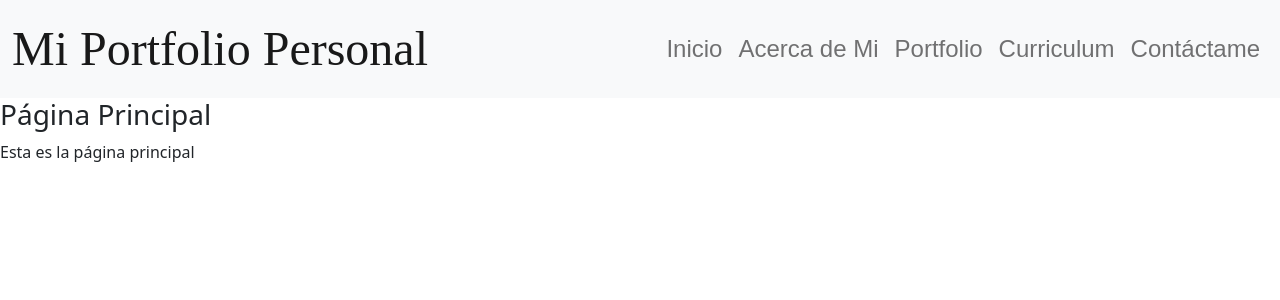
Repository: AlejandroJesusSerrano/portfolio
Page: http://localhost/
The author's editor kept a copy of each file at every save. The page is drawn from the files as they stood at one save, then again after the next save.
The browser window is 1280 px wide. The pictures show the whole page.
Some web fonts or font styles are not loaded; a fallback is used. The page is served by the project's application, run on Django 4.2 (manage.py). Other server files are loaded and not shown.

Above is the page before, as saved 2023-09-05 15:12:51.

### portfolio/core/templates/core/home.html
{% extends 'core/base.html' %}

{% block title %} Inicio {% endblock title %}

{% block content %}
<h3>Página Principal</h3>

<p>Esta es la página principal</p>
{% endblock content %}

### portfolio/core/templates/core/base.html
{% load static %}

<!DOCTYPE html>
<html lang="en">

<head>
  <meta charset="UTF-8">
  <meta name="viewport" content="width=device-width, initial-scale=1.0">
  <link rel="stylesheet" href={% static 'lib/bootstrap-5.2/css/bootstrap.min.css' %}>
  <link rel="stylesheet" href={% static 'css/styles.css' %}>
  <title>Portafolio Personal - {% block title %} {% endblock title %}</title>
</head>

<body>
  <!-- HEADER -->
  <nav class="navbar navbar-expand-lg bg-light">
    <div class="container-fluid">
      <a class="navbar-brand brand" href={% url 'home' %}>Mi Portfolio Personal</a>
      <button class="navbar-toggler" type="button" data-bs-toggle="collapse" data-bs-target="#navbarNav"
        aria-controls="navbarNav" aria-expanded="false" aria-label="Toggle navigation">
        <span class="navbar-toggler-icon"></span>
      </button>
      <div class="collapse navbar-collapse" id="navbarNav">
        <ul class="navbar-nav nav_menu ms-auto">
          <li class="nav-item">
            <a class="nav-link" aria-current="page" href={% url 'home' %}>Inicio</a>
          </li>
          <li class="nav-item">
            <a class="nav-link" href={% url 'about' %}>Acerca de Mi</a>
          </li>
          <li class="nav-item">
            <a class="nav-link" href={% url 'portfolio' %}>Portfolio</a>
          </li>
          <li class="nav-item">
            <a class="nav-link" href={% url 'curriculum' %}>Curriculum</a>
          </li>
          <li class="nav-item">
            <a class="nav-link" href={% url 'contact' %}>Contáctame</a>
          </li>
        </ul>
      </div>
    </div>
  </nav>

  <!-- CONTENT - Template Tags -->

  {% block content %} {%endblock content%}

  <script src={% static 'lib/bootstrap-5.2/js/bootstrap.min.js' %}></script>
</body>

</html>

### portfolio/core/views.py
from django.shortcuts import render

# Create your views here.
def home(request):
  return render(request, 'core/home.html')

def about(request):
  return render(request, 'core/about.html')

def portfolio(request):
  return render(request, 'core/portfolio.html')

def curriculum(request):
  return render(request, 'core/curriculum.html')

def contact(request):
  return render(request, 'core/contact.html')

### portfolio/portfolio/urls.py
"""
URL configuration for portfolio project.

The `urlpatterns` list routes URLs to views. For more information please see:
    https://docs.djangoproject.com/en/4.2/topics/http/urls/
Examples:
Function views
    1. Add an import:  from my_app import views
    2. Add a URL to urlpatterns:  path('', views.home, name='home')
Class-based views
    1. Add an import:  from other_app.views import Home
    2. Add a URL to urlpatterns:  path('', Home.as_view(), name='home')
Including another URLconf
    1. Import the include() function: from django.urls import include, path
    2. Add a URL to urlpatterns:  path('blog/', include('blog.urls'))
"""
from django.contrib import admin
from django.urls import path
from core import views

urlpatterns = [
    path('', views.home, name='home'),
    path('about-me/', views.about, name='about'),
    path('contact/', views.contact, name='contact'),
    path('portfolio/', views.portfolio, name='portfolio'),
    path('curriculum/', views.curriculum, name='curriculum'),
    path('admin/', admin.site.urls),
]

### portfolio/static/css/styles.css
@import url("https://fonts.googleapis.com/css2?family=Arima:wght@500;700&family=Average+Sans&family=Mulish:ital,wght@0,400;0,500;0,700;1,400;1,500;1,700&display=swap");

* {
  margin: 0;
  padding: 0;
  box-sizing: border-box;
}

.brand {
  font-family: "Arima", cursive;
  font-size: 3rem;
}

.nav_menu {
  font-family: "Average Sans", sans-serif;
  font-size: 1.5rem;
}

Loaded but not shown: portfolio/static/lib/bootstrap-5.2/css/bootstrap.min.css (library); portfolio/static/lib/bootstrap-5.2/js/bootstrap.min.js (library)

After the next save:
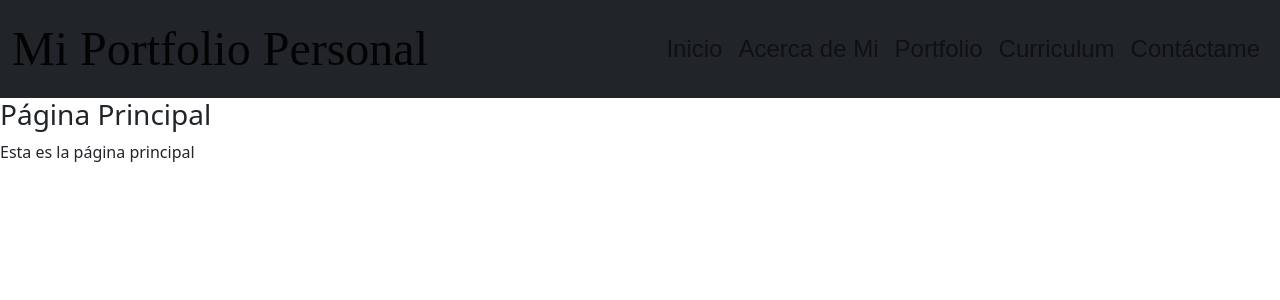
Saved 89 s later.
--- a/portfolio/core/templates/core/base.html
+++ b/portfolio/core/templates/core/base.html
@@ -13,7 +13,7 @@
 
 <body>
   <!-- HEADER -->
-  <nav class="navbar navbar-expand-lg bg-light">
+  <nav class="navbar navbar-expand-lg bg-dark">
     <div class="container-fluid">
       <a class="navbar-brand brand" href={% url 'home' %}>Mi Portfolio Personal</a>
       <button class="navbar-toggler" type="button" data-bs-toggle="collapse" data-bs-target="#navbarNav"
